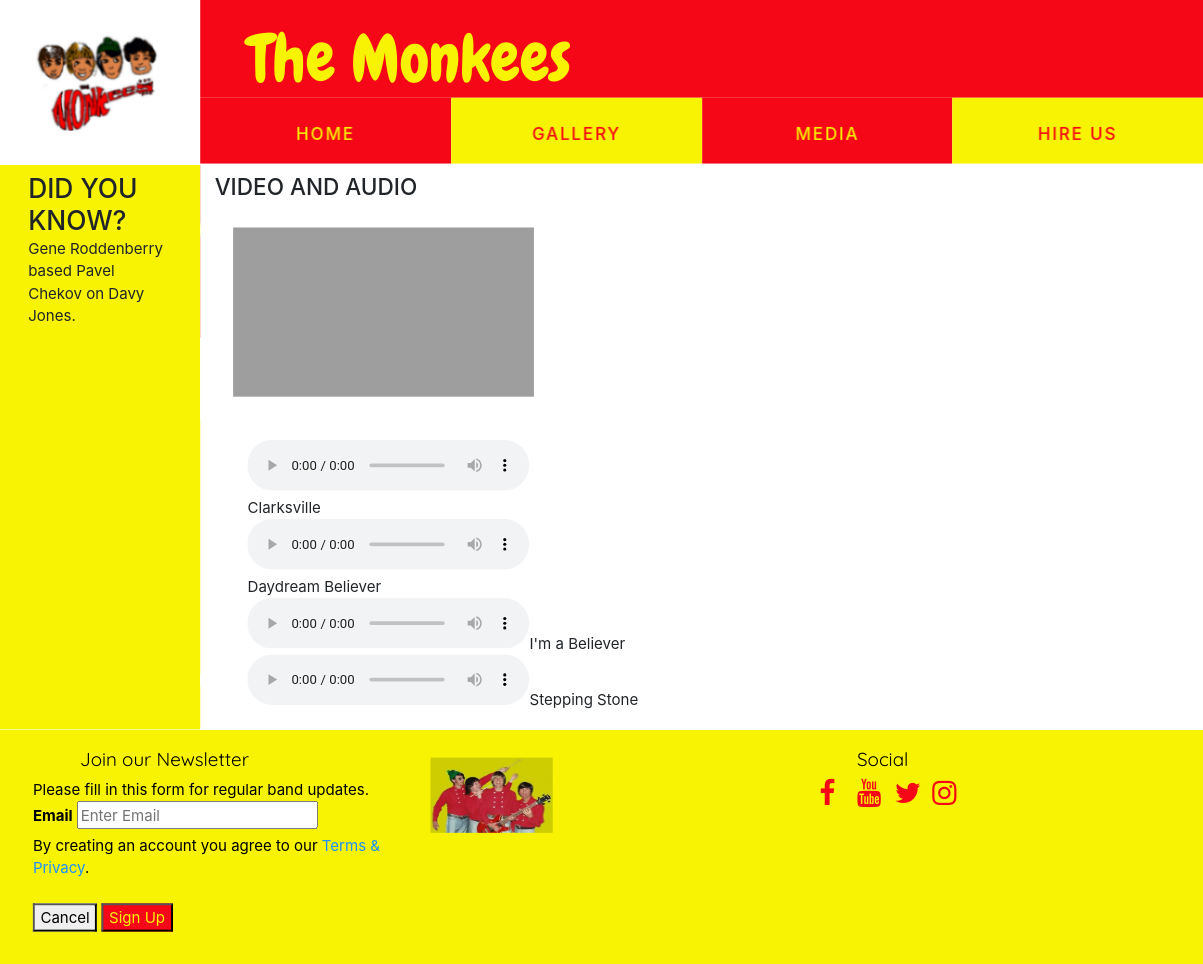
Repository: marcopolomt/monkees
Page: media.html
The author's editor kept a record of every edit. The page is drawn from the files as they stood at one moment, then again after the next edit.
The browser window is 1280 px wide. The pictures show the whole page, at 94% of full size.
Pictures or frames that could not be fetched are drawn as grey boxes.

Above is the page before.

### media.html
<!DOCTYPE html>
<html lang="en">

<head>
    <meta charset="UTF-8">
    <meta name="viewport" content="width=device-width, initial-scale=1.0">
    <meta http-equiv="X-UA-Compatible" content="ie=edge">
    <link rel="stylesheet" href="https://stackpath.bootstrapcdn.com/bootstrap/4.3.1/css/bootstrap.min.css" type="text/css" />
    <link rel="stylesheet" href="https://stackpath.bootstrapcdn.com/font-awesome/4.7.0/css/font-awesome.min.css" type="text/css" />
    <link rel="stylesheet" href="https://cdnjs.cloudflare.com/ajax/libs/hover.css/2.3.1/css/hover-min.css" type="text/css" />
    <link rel="stylesheet" href="assets/css/style.css" type="text/css" />
    <title>The Monkees</title>
</head>

<body>
    <header>
        <div class="row no-gutters">
            <a href="index.html" class="col-md-2 logo">

            </a>
            <div class="col-md-10">
                <div class="row no-gutters bg-color-name-title">
                    <div class="col heading">
                        <h1 class="name">The Monkees</h1>
                    </div>
                </div>
                <div class="row no-gutters">
                    <div class="col">
                        <ul id="nav" class="list-inline menucontainer">
                            <li class="col-6 col-sm-3 ui-menu-color-home list-inline-item menuitem1">
                                <a href="index.html" class="hvr-glow"><span>Home</span></a>
                            </li>
                            <li class="col-6 col-sm-3 ui-menu-color-gallery list-inline-item menuitem2">
                                <a href="gallery.html" class="hvr-glow"><span>Gallery</span></a>
                            </li>
                            <li class="col-6 col-sm-3 ui-menu-color-home list-inline-item menuitem1">
                                <a href="media.html" class="hvr-glow"><span>Media</span></a>
                            </li>
                            <li class="col-6 col-sm-3 ui-menu-color-gallery list-inline-item menuitem2">
                                <a href="contact.html" class="hvr-glow"><span>Hire us</span></a>
                            </li>
                        </ul>
                    </div>
                </div>

            </div>
        </div>

    </header>
    <section class="container-fluid">
        <div class="row">
            <div class="col-xs-12 col-sm-12 col-md-2 border-home side-content section-column">
                <h3 class="main-heading uppercase">Did you know?</h3>
                <p>
                    Gene Roddenberry based Pavel Chekov on Davy Jones.
                </p>
            </div>
            <div class="col-xs-12 col-sm-12 col-md-10 home-main-content">
                <h4 class="main-heading uppercase">Video and Audio</h4>
                <!-- for some reason this video doesn't seem to want to work so embedded a youtube clip instead. i think it is too large.
        <video width="640" height="360" controls>
  <source src="../assets/video/TheMonkees.mp4" type="video/mp4">
Your browser does not support the video tag.
</video>
-->
                <div class="youtube">
                    <iframe width="320" height="180" src="https://www.youtube.com/embed/AKs43dHBSWA" frameborder="0" allow="accelerometer; autoplay; encrypted-media; gyroscope; picture-in-picture" allowfullscreen></iframe>

</div>
                <div class="musicbox">
                    <div class="col">
                        <audio controls>
  <source src="./assets/audio/Clarksville.mp3" type="audio/mpeg">
Your browser does not support the audio element.
</audio><br>Clarksville

                        <br>
                        <div class="audio">
                            <audio controls>
    <source src="./assets/audio/DaydreamBeliever.mp3" type="audio/mpeg">
Your browser does not support the audio element.
</audio><br>Daydream Believer

                            <br>

                            <audio controls>
      <source src="./assets/audio/ImABeliever.mp3" type="audio/mpeg">
Your browser does not support the audio element.
</audio>I'm a Believer

                            <br>

                            <audio controls>
        <source src="./assets/audio/SteppingStone.mp3" type="audio/mpeg">
Your browser does not support the audio element.
</audio>Stepping Stone

                    </div>

    </section>
    <footer class="container-fluid">
        <div id="footer-details" class="row">
            <div class="col-sm-4">

                <h5 class="general-sub">Join our Newsletter</h5>

                <div class="newsletter">
                    Please fill in this form for regular band updates.


                    <label for="email"><b>Email</b></label>
                    <input type="text" placeholder="Enter Email" name="email" required>
                    <p>By creating an account you agree to our <a href="#" style="color:dodgerblue">Terms & Privacy</a>.</p>
                    <div class="clearfix">
                        <button type="button" class="cancelbtn">Cancel</button>
                        <button type="submit" class="signupbtn">Sign Up</button>

                    </div>
                </div>
                </form>
            </div>
            <div class="col-sm-4">
                <img src="assets/images/cover1.jpg" alt="the band" width="150" height="100">
            </div>
            <div class="col-sm-4">
                <h5 class="general-sub">Social</h5>
                <ul class="list-inline social-links">
                    <li class="list-inline-item">
                        <a target="_blank" href="#">
                        <i class="fa fa-facebook" aria-hidden="true"></i>
                        <span class="sr-only">Facebook</span>
                    </a>
                    </li>
                    <li class="list-inline-item">
                        <a target="_blank" href="#">
                        <i class="fa fa-youtube" aria-hidden="true"></i>
                        <span class="sr-only">Youtube</span>
                    </a>
                    </li>
                    <li class="list-inline-item">
                        <a target="_blank" href="#">
                        <i class="fa fa-twitter" aria-hidden="true"></i>
                        <span class="sr-only">Twitter</span>
                    </a>
                    </li>
                    <li class="list-inline-item">
                        <a target="_blank" href="#">
                        <i class="fa fa-instagram" aria-hidden="true"></i>
                        <span class="sr-only">Instagram</span>
                    </a>
                    </li>
                </ul>
            </div>
        </div>
    </footer>

</body>

</html>

### assets/css/style.css
@import url('https://fonts.googleapis.com/css?family=Chewy|Quicksand&display=swap');


/*-----------------colours--------------*/

.bg-color-name-title {
    background-color: #f50717
}

.home-main-content {
    background-color: #fff;

}

.bg-color-timeline {
    background-color: white;
}

.bg-color-contact {
    background-color: #fff;
}

.ui-menu-color-home {
    background-color: #f50717;
    font-color: #f7f302;
}

.ui-menu-color-gallery {
    background-color: #f7f302;
    font-color: #f50717;
}

.side-content {
    background-color: #f7f302;

}


/*-----------------special paddings/margins/text--------------*/

h1,
h2,
h3 {
    margin: 0;
}

h5 {
    margin-left: 5px
}

.uppercase {
    text-transform: uppercase;
}

.general-sub {
    font-family: "Quicksand", sans-serif;
    font-weight: 300;
    color: black;
    margin-left: 50px;
}

.row-table {
    display: table;
}

.section-column {
    display: table-cell;
    padding: 0 30px 30px;
    float: none;
}

.section-heading {
    font-family: "Quicksand", sans-serif;
    font-weight: 300;
    margin-top: 25px;
    margin-bottom: 40px;
}

.row-table {
    display: table;
}

.section-column {
    display: table-cell;
    padding: 0 30px 30px;
    float: none;
}

.section-heading {
    font-family: "Quicksand", sans-serif;
    font-weight: 300;
    margin-top: 25px;
    margin-bottom: 40px;
}

.main-heading {
    margin-top: 10px;
}

img {
    padding: 10px;
}
.musicbox {
    padding: 20px;
}

.youtube {
    padding: 20px;

}

/*-----------------heading--------------*/

header {
    margin: 0;
}

.heading {
    margin-left: 50px
}

.logo {
    background: url("../images/cover2.png");
    background-position: center;
    background-repeat: no-repeat;
    background-size: 200;
    min-height: 175px;
    transition: all 1s ease-in-out;
    -moz-transition: all 1s ease-in-out;
    -webkit-transition: all 1s ease-in-out;
}

.name {
    font-family: "Chewy", comic-sans ms;
    font-weight: 100;
    font-size: 70px;
    margin-top: 20px;
    color: #f7f302;
}

.list-inline-item:not(:last-child) {
    margin: 0;
}

.menucontainer {
    font-size: 0;
}

#nav {
    margin: 0;
}

#nav li {
    font-size: 14px;
    padding: 0;
}

.menuitem1,
.menuitem2 {
    height: 70px;
    text-align: center;
    padding: 20px;
    font-size: 30px;
}

.menuitem1 a {
    width: 100%;
    text-decoration: none;
    color: #f7f302;
    height: 70px;
}

.menuitem2 a {
    width: 100%;
    text-decoration: none;
    color: #f50717;
    height: 70px;
}

.menuitem1 span,
.menuitem2 span {
    display: block;
    width: 100%;
    padding-top: 25px;
    text-align: center;
    text-transform: uppercase;
    font-size: 18px;
    font-weight: 500;
    letter-spacing: 2px;
}



/*-----------------hover.css--------------*/

.hvr-glow:hover {
    background: rgba(0, 10, 10, 0.2);
    height: 70px;
}

/*-----------------footer--------------*/

footer {
    background-color: #f7f302;
    color: black;
    min-height: 120px;
    margin: 0;
}

.social-links {
    font-size: 18px;
    padding-bottom: 15px;
}

.social-links li a i {
    width: 35px;
    height: 35px;
    padding: 10px;
    font-size: 30px;
    line-height: 10px;
    text-align: center;
    color: #f50717;
    background: #f7f302;
    transition: all 0.5s ease-in-out;
    -moz-transition: all 0.5s ease-in-out;
    -webkit-transition: all 0.5s ease-in-out;
    -o-transition: all 0.5s ease-in-out;
}

.social-links li a i:hover {
    display: inline-block;
    vertical-align: middle;
    transform: translateZ(0);
    box-shadow: 0 0 1px rgba(0, 0, 0, 0);
    backface-visibility: hidden;
    -moz-osx-font-smoothing: grayscale;
    transition-duration: 0.2s;
    transition-property: transform;
}

.social-links li a i:hover,
.social-links li a i:focus,
.social-links li a i:active {
    transform: scale(1.3);
}

#footer-details {
    padding: 20px;
}

/*-----------------contact form--------------*/

.contact-heading {
    font-family: "Quicksand", sans-serif;
    font-weight: 300;
    margin-top: 25px;
    margin-bottom: 20px;
}

.center-form {
    padding-top: 10px;
    margin: 0 auto;
    max-width: 70%;
}

button[type="submit"] {
    margin-top: 10px;
    margin-bottom: 15px;
    color: #f7f302;
    background-color: #f50717;
}

.btn:hover {
    background-color: #f7f302;
    color: #f50717;


    div.gallery {
        border: 1px solid #ccc;
    }

    div.gallery:hover {
        border: 1px solid #777;
    }

    div.gallery img {
        width: 100%;
        height: auto;
    }

    div.desc {
        padding: 15px;
        text-align: center;
    }

    * {
        box-sizing: border-box;
    }

    .responsive {
        padding: 0 6px;
        float: left;
        width: 24.99999%;
    }

    @media only screen and (max-width: 700px) {
        .responsive {
            width: 49.99999%;
            margin: 6px 0;
        }
    }

    @media only screen and (max-width: 500px) {
        .responsive {
            width: 100%;
        }
    }

    .clearfix:after {
        content: "";
        display: table;
        clear: both;
    }

    /*-----------------music and video--------------*/
    .musicbox {
        margin: 10%;
        Padding: 30%;
        max-width: 70%;
    }

    .youtube {
        margin: 10%;
        Padding: 30%;
        max-width: 70%;
    }

    /*-----------------media queries--------------*/
    @media(min-width: 992px) {
        .center-form {
            padding-top: 20px;
            min-height: 240px;
            margin: 0 auto;
            max-width: 50%;
        }

        /*-----------------sidebar--------------*/
        .main-heading uppercase {
            margin-bottom: 25px;
            margin-top: 20px;
        }

    background: url(../assets/images/monkees.jpg);
  opacity: 0.5;
  top: 0;
  left: 0;
  bottom: 0;
  right: 0;
  position: absolute;
  z-index: 0;
}

After the next edit:
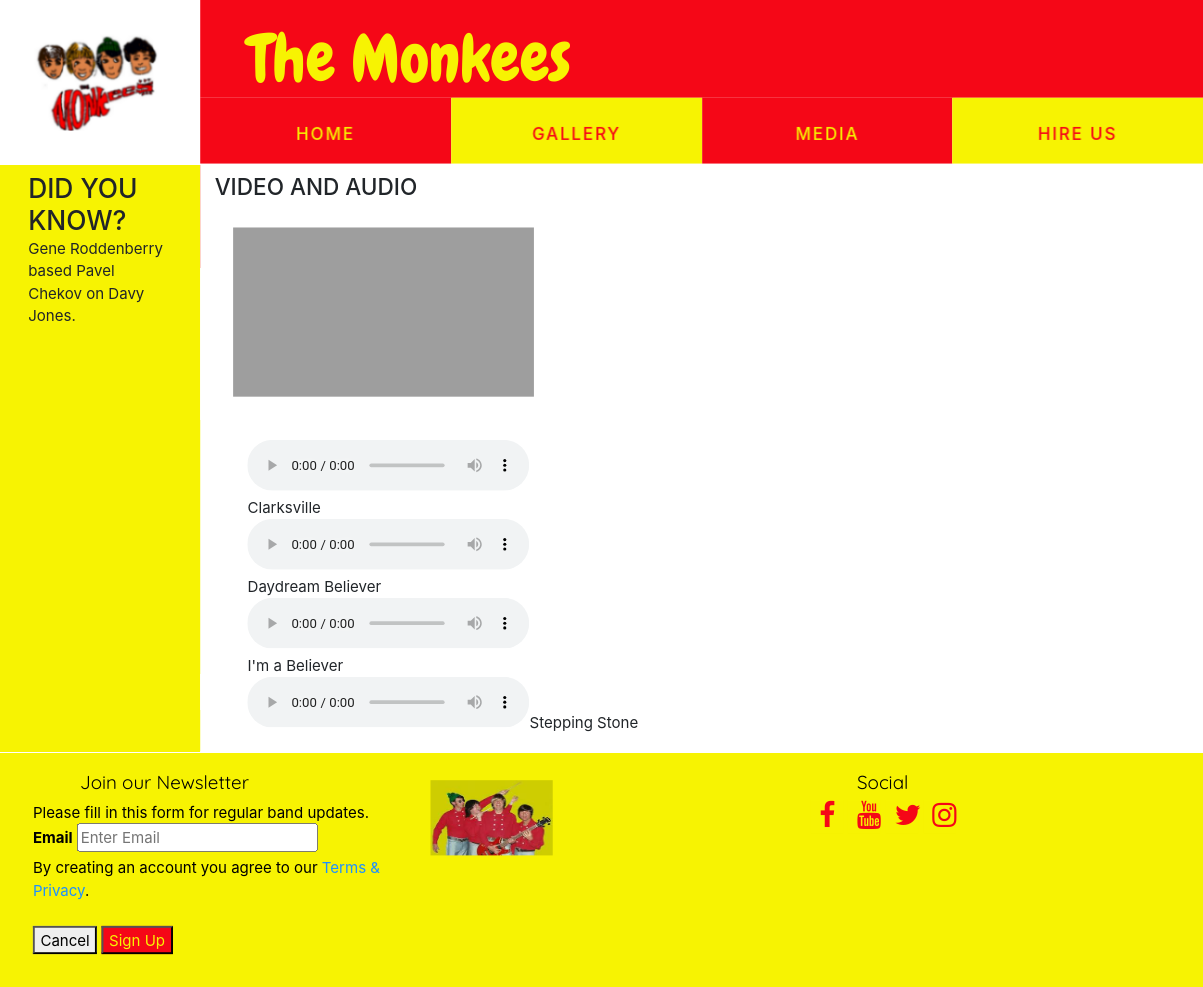
The edit:
--- a/media.html
+++ b/media.html
@@ -86,7 +86,7 @@
                             <audio controls>
       <source src="./assets/audio/ImABeliever.mp3" type="audio/mpeg">
 Your browser does not support the audio element.
-</audio>I'm a Believer
+</audio><br>I'm a Believer
 
                             <br>
 
